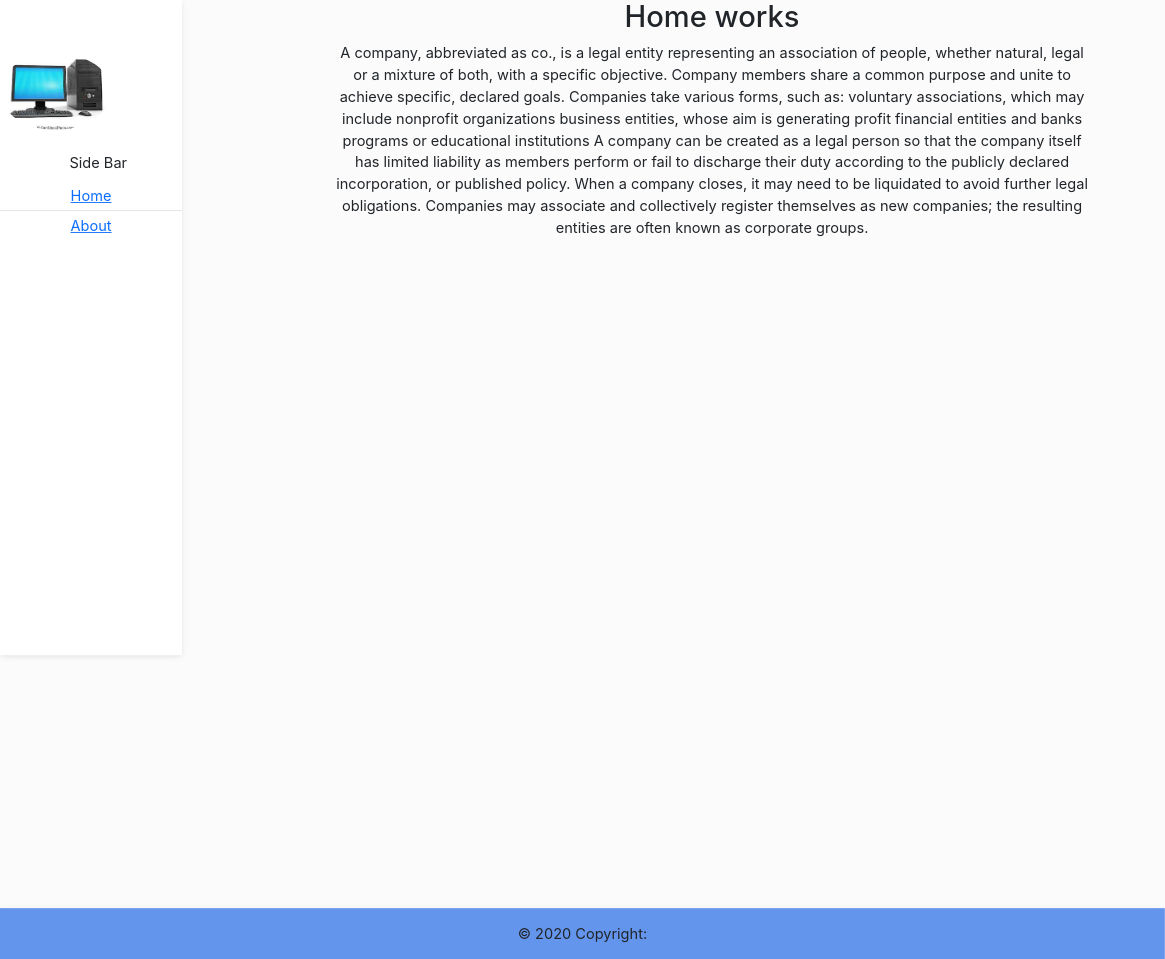
Repository: Sakshamccna/React
Page: /Home
The author's editor kept a copy of each file at every save. The page is drawn from the files as they stood at one save, then again after the next save.
The browser window is 1280 px wide. The pictures show the whole page, at 91% of full size.
The project was rebuilt for these pictures with package versions that can differ from the ones it lists, and the page was loaded fresh each time. Also part of the build but not shown: src/Components/About.tsx.

Above is the page before, as saved 2022-12-26 12:09:25.

After the next save:
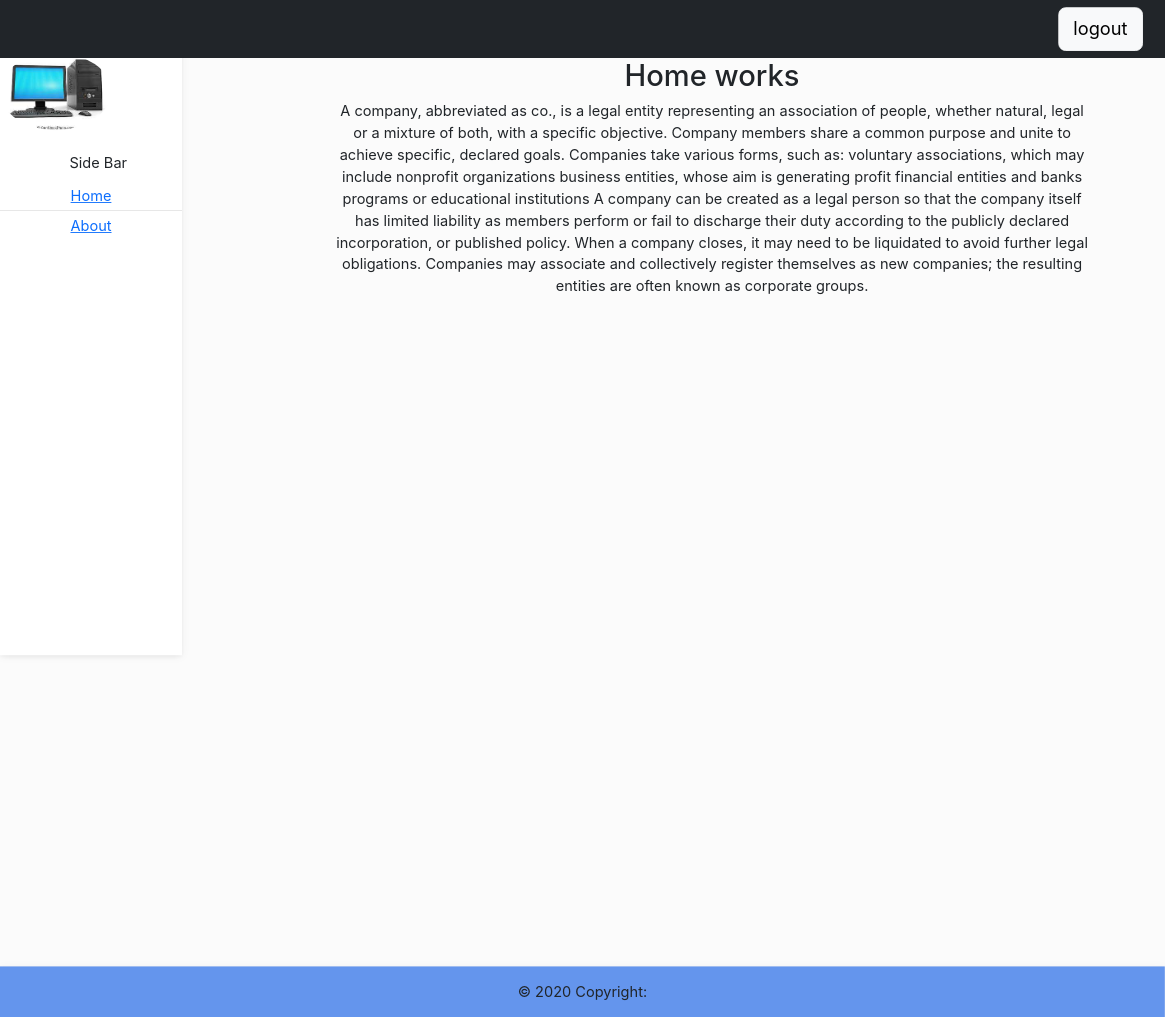
Saved 29 s later.
--- a/src/App.tsx
+++ b/src/App.tsx
@@ -15,11 +15,12 @@ function App() {
       <BrowserRouter>
 
         <Routes>
-          <Route path="/Header" element={<Headers />} />
-          <Route path="/" element={<Sidebar />} />
-          <Route path="/" element={<Sidebar />} >
-            <Route path="Home" element={<Home />} />
-            <Route path="About" element={<About />} />
+          <Route path="/" element={<Headers />} >
+            <Route path="/" element={<Sidebar />} />
+            <Route path="/" element={<Sidebar />} >
+              <Route path="Home" element={<Home />} />
+              <Route path="About" element={<About />} />
+            </Route>
           </Route>
 
 
